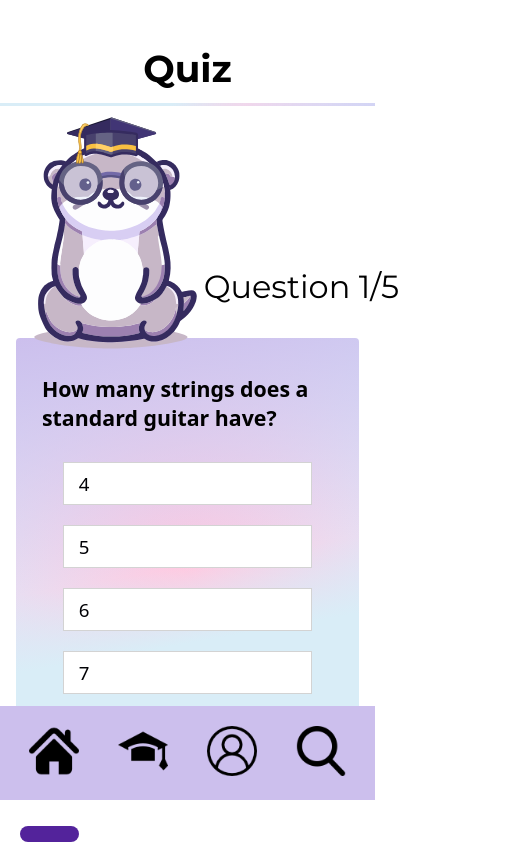
Repository: 1medi/pocketprof
Page: /quiz/page
These files come from the project's save history. The page is drawn as it stood at one moment and after the next save; the edit follows.
The browser window is 375 px wide. The page is 411 px wide, then 511 px, so the pictures cover 511 px, including what lies to the right of the window. The pictures show the whole page.
The project was rebuilt for these pictures with package versions that can differ from the ones it lists, and the page was loaded fresh each time. The framework's server and built-in components were replaced by stand-ins that run in the browser. Also part of the build but not shown: next.config.mjs, Components/Buttons/Oscar/Oscar.module.css, Components/Buttons/Oscar/index.js.

Above is the page before, as saved 2024-04-14 06:38:20.

After the next save:
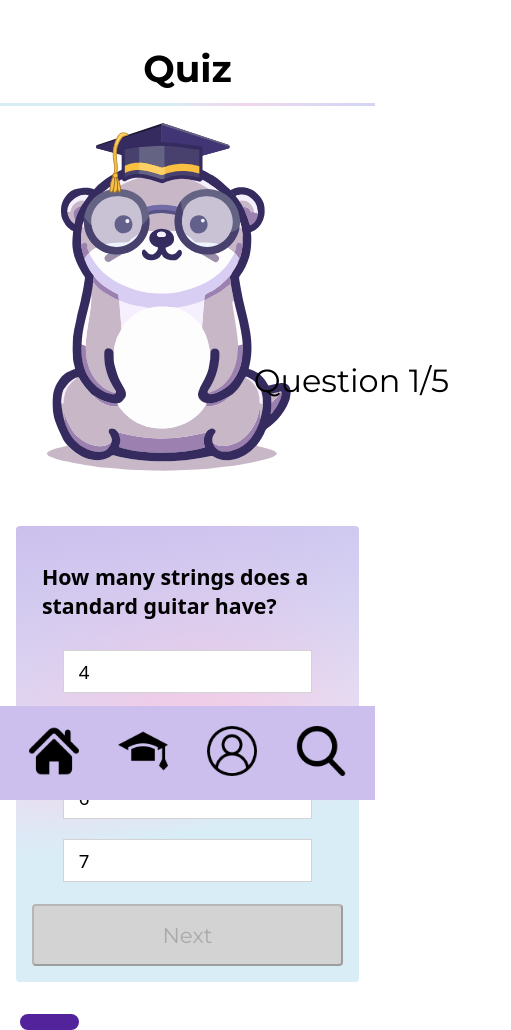
Saved 23 s later.
--- a/pages/quiz/page.module.css
+++ b/pages/quiz/page.module.css
@@ -138,8 +138,8 @@
 
 .oscarBox {
   position: relative;
-  width: 200px;
-  height: 200px;
+  width: fit-content;
+  height: fit-content;
 }
 
 .oscar {
